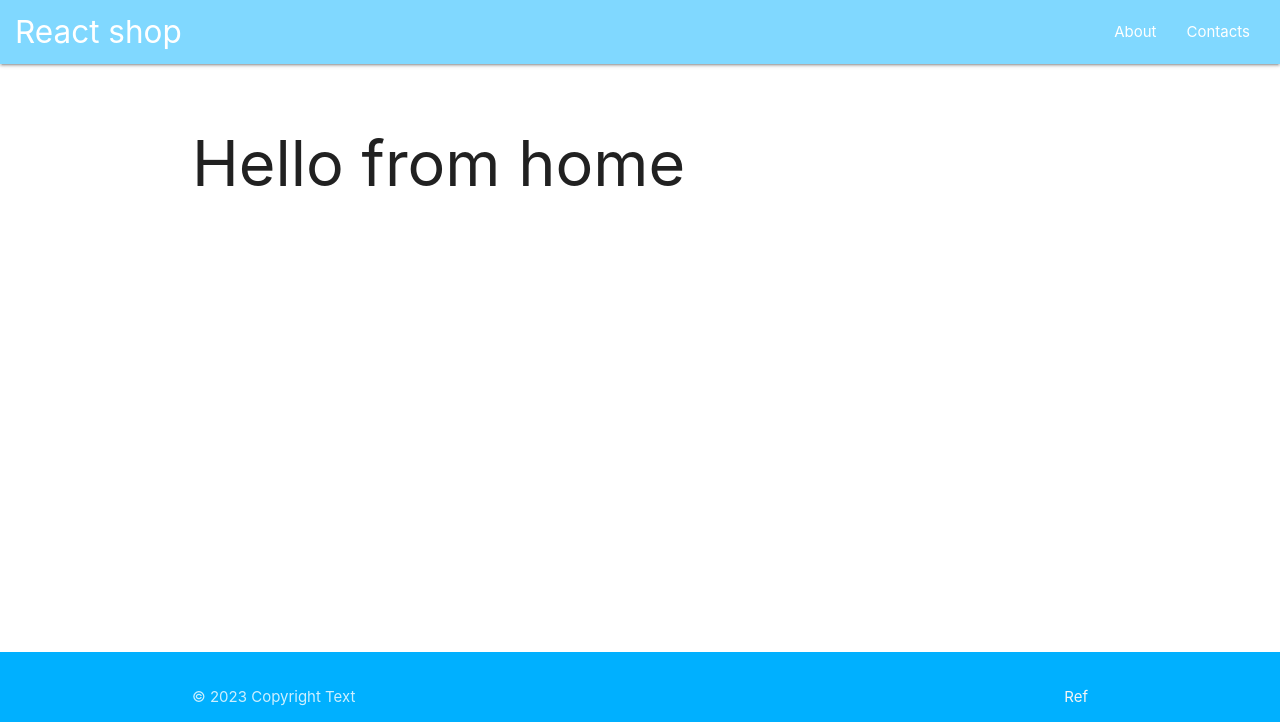
Repository: qui-qui-qui/react-recipe
Page: /
An editor plug-in stored every save of this project. The page is shown before and after the next save, followed by the edit.
The browser window is 1280 px wide. The pictures show the whole page.
The page's requests for data from a server got no answer. The project was rebuilt for these pictures with package versions that can differ from the ones it lists, and the page was loaded fresh each time. No one was signed in, and anything a server would have sent is missing. Also part of the build but not shown: src/pages/About.jsx, src/pages/Contact.jsx, src/pages/NotFound.jsx.

Above is the page before, as saved 2023-01-10 12:46:20.

After the next save:
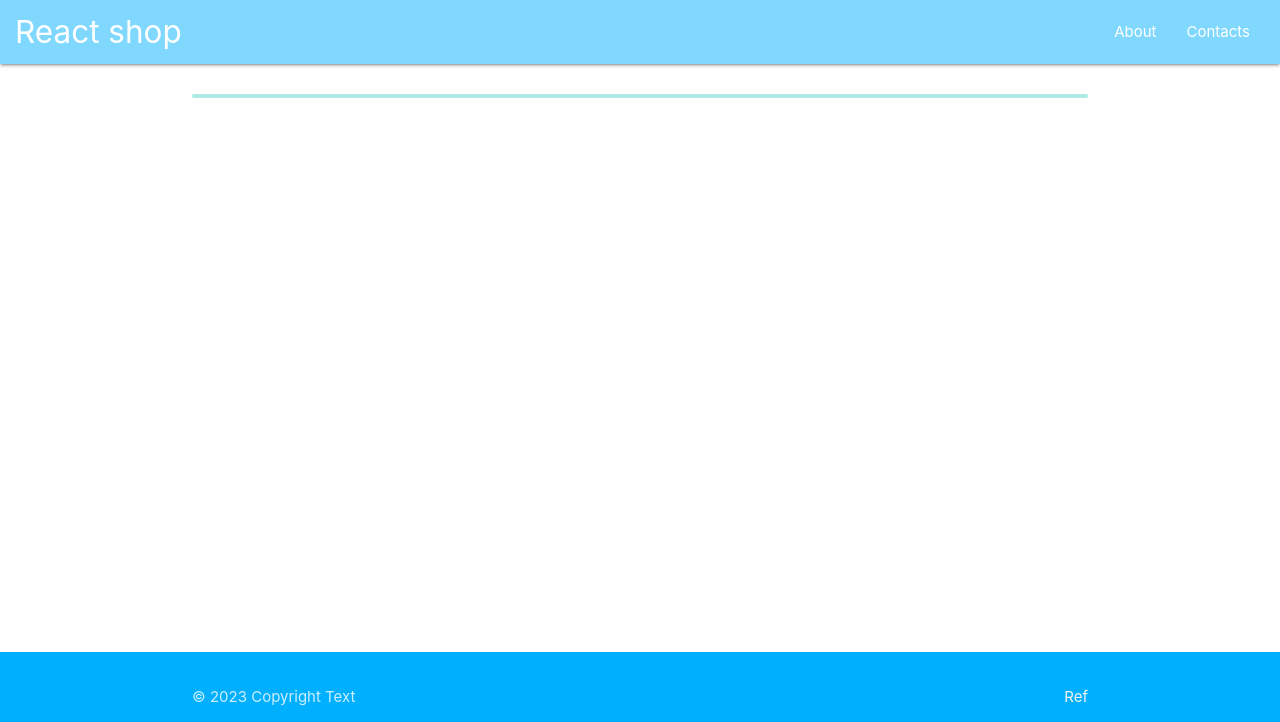
Saved 6 min 47 s later.
--- a/src/pages/Home.jsx
+++ b/src/pages/Home.jsx
@@ -1,5 +1,6 @@
 import { useState, useEffect } from "react";
 import { getAllCategories } from "../api";
+import {Preloader} from '../components/Preloader';
 
 function Home() {
     const [catalog, setCatalog] = useState([]);
@@ -10,7 +11,13 @@ function Home() {
         })
     }, [])
 
-    return <h1>Hello from home</h1>
+    return <>
+        {!catalog.length ? (
+            <Preloader/>
+        ) : (
+            <CategoryList catalog={catalog}/>
+        )}
+    </>
 }
 
 export {Home};
